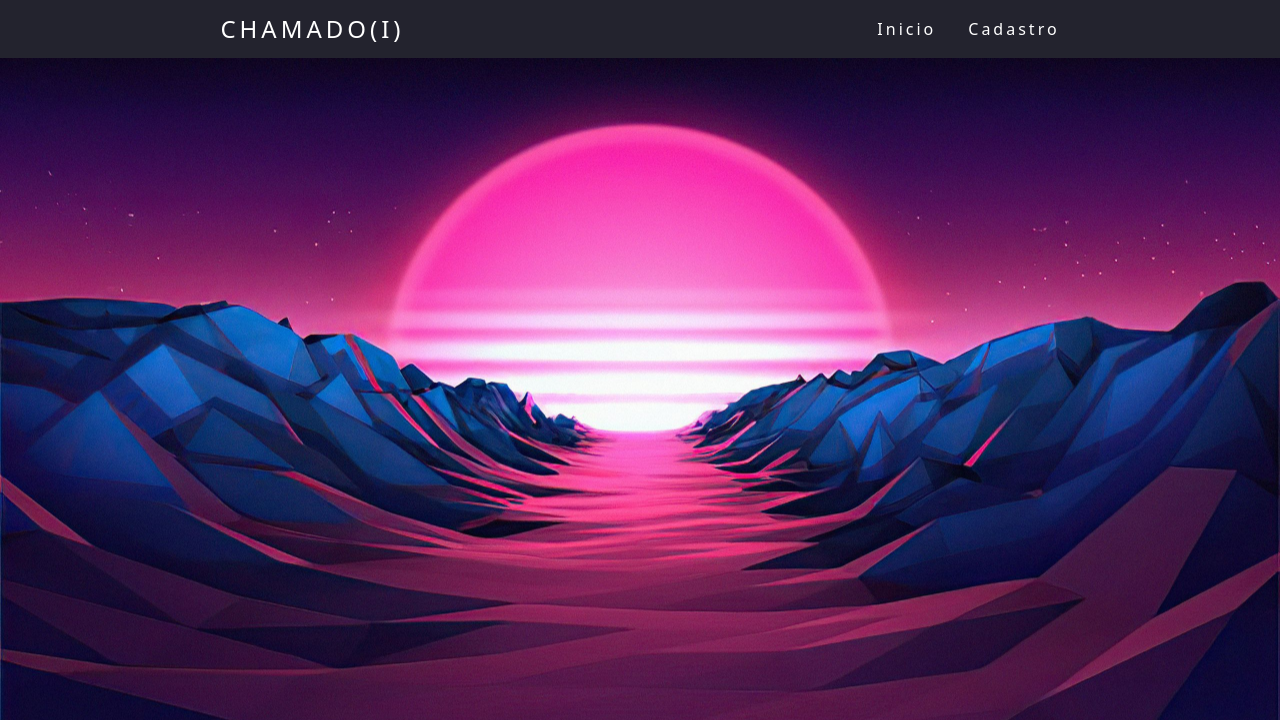
Repository: isaquemc2001/isaque-utilities
Page: index.html
These files come from the project's save history. The page is drawn as it stood at one moment and after the next save; the edit follows.
The browser window is 1280 px wide. The pictures show the whole page.

Above is the page before, as saved 2021-10-28 09:09:48.

### index.html
<!DOCTYPE html>
<html lang="pt-br">

<head>
    <meta charset="UTF-8">
    <meta http-equiv="X-UA-Compatible" content="IE=edge">
    <meta name="viewport" content="width=device-width, initial-scale=1.0">
    <title>Chamado</title>

    <link rel="stylesheet" href="style.css">
</head>

<body>

    <header>
        <nav>
            <a class="logo" href="#">Chamado(i)</a>
            <ul class="nav-list">
                <li><a href="#">Inicio</a></li>
                <li><a href="#">Cadastro</a></li>
            </ul>
        </nav>
    </header>

    <main></main>

</body>

</html>

### style.css
*{
    margin: 0;
    padding: 0;
}

a {
    color: white;
    text-decoration: none;
    transition: 0.3s;
}

a:hover{
    opacity: 0.7;
}

.logo{
    font-size: 24px;
    text-transform: uppercase;
    letter-spacing: 4px;
}

nav{
    display: flex;
    justify-content: space-around;
    align-items: center;
    font-family: system-ui, -apple-system, Helvetica, Arial, sans-serif;
    background: #23232e;
    height: 8vh;
}

main{
    background: url("bg.jpg") no-repeat center center;
    background-size: cover;
    height: 92vh;
}

.nav-list{
    list-style: none;
    display: flex;
}

.nav-list li{
    letter-spacing: 3px;
    margin-left: 32px;
}

After the next save:
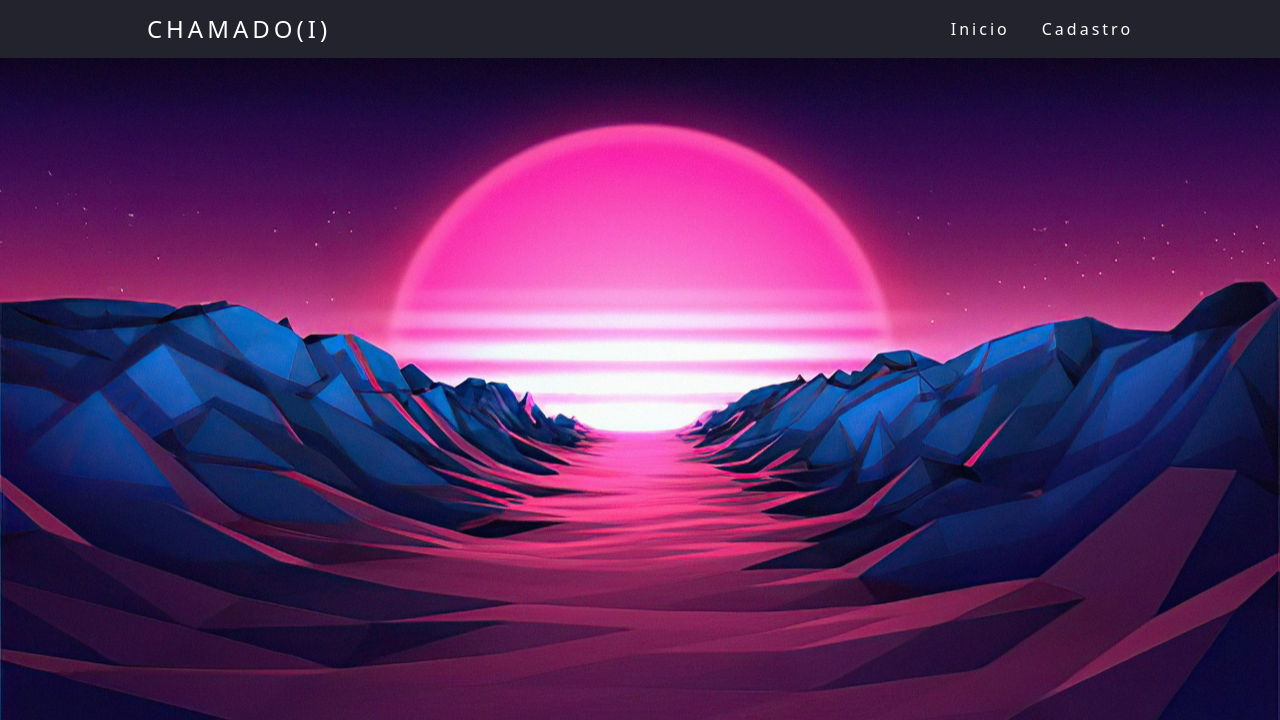
Saved 95 s later.
--- a/index.html
+++ b/index.html
@@ -15,6 +15,10 @@
     <header>
         <nav>
             <a class="logo" href="#">Chamado(i)</a>
+            <div class="mobile-menu">
+                <div></div>
+                <div></div>
+            </div>
             <ul class="nav-list">
                 <li><a href="#">Inicio</a></li>
                 <li><a href="#">Cadastro</a></li>
